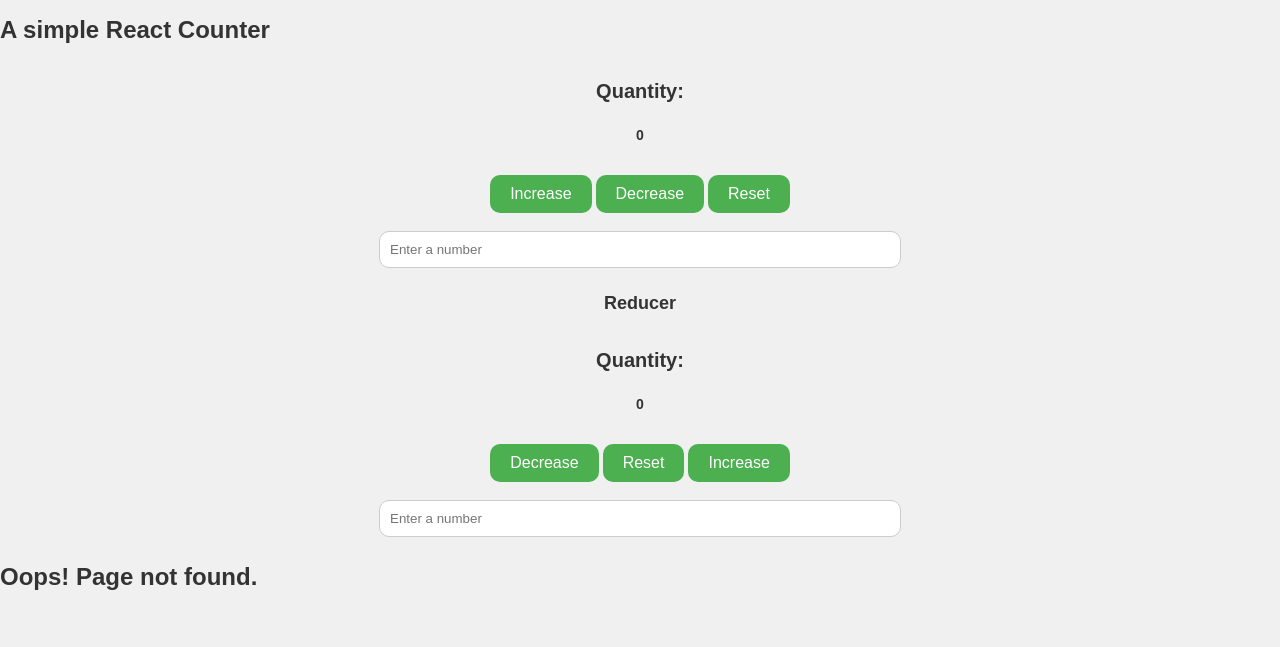
Repository: qudos4real/altschool-second-sem
Page: /
These files come from the project's save history. The page is drawn as it stood at one moment and after the next save; the edit follows.
The browser window is 1280 px wide. The pictures show the whole page.
The project was rebuilt for these pictures with package versions that can differ from the ones it lists, and the page was loaded fresh each time. Also part of the build but not shown: src/App.css, src/Components/ErrorBoundary.js.

Above is the page before, as saved 2022-11-04 15:00:56.

After the next save:
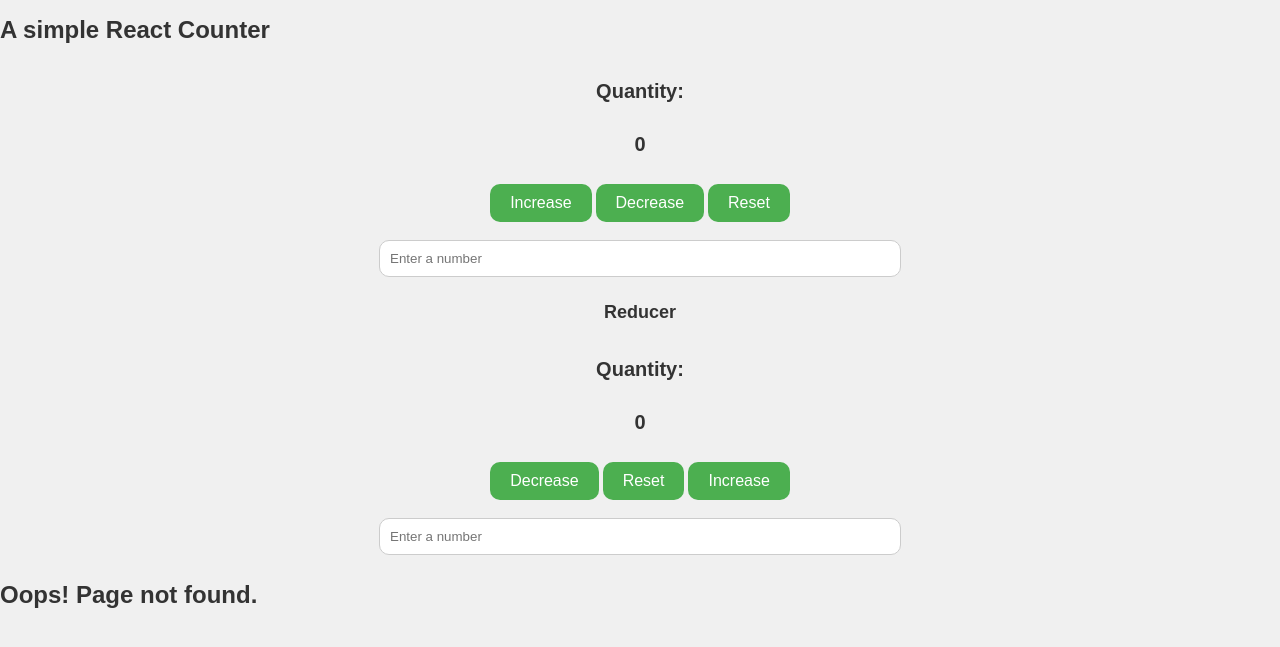
Saved 11 s later.
--- a/src/CSS/Counter.css
+++ b/src/CSS/Counter.css
@@ -47,3 +47,8 @@ body {
     font-weight: bold;
     margin-bottom: 10px;
 }
+.value{
+    font-size: 20px;
+    font-weight: bold;
+    margin-bottom: 10px;
+}
